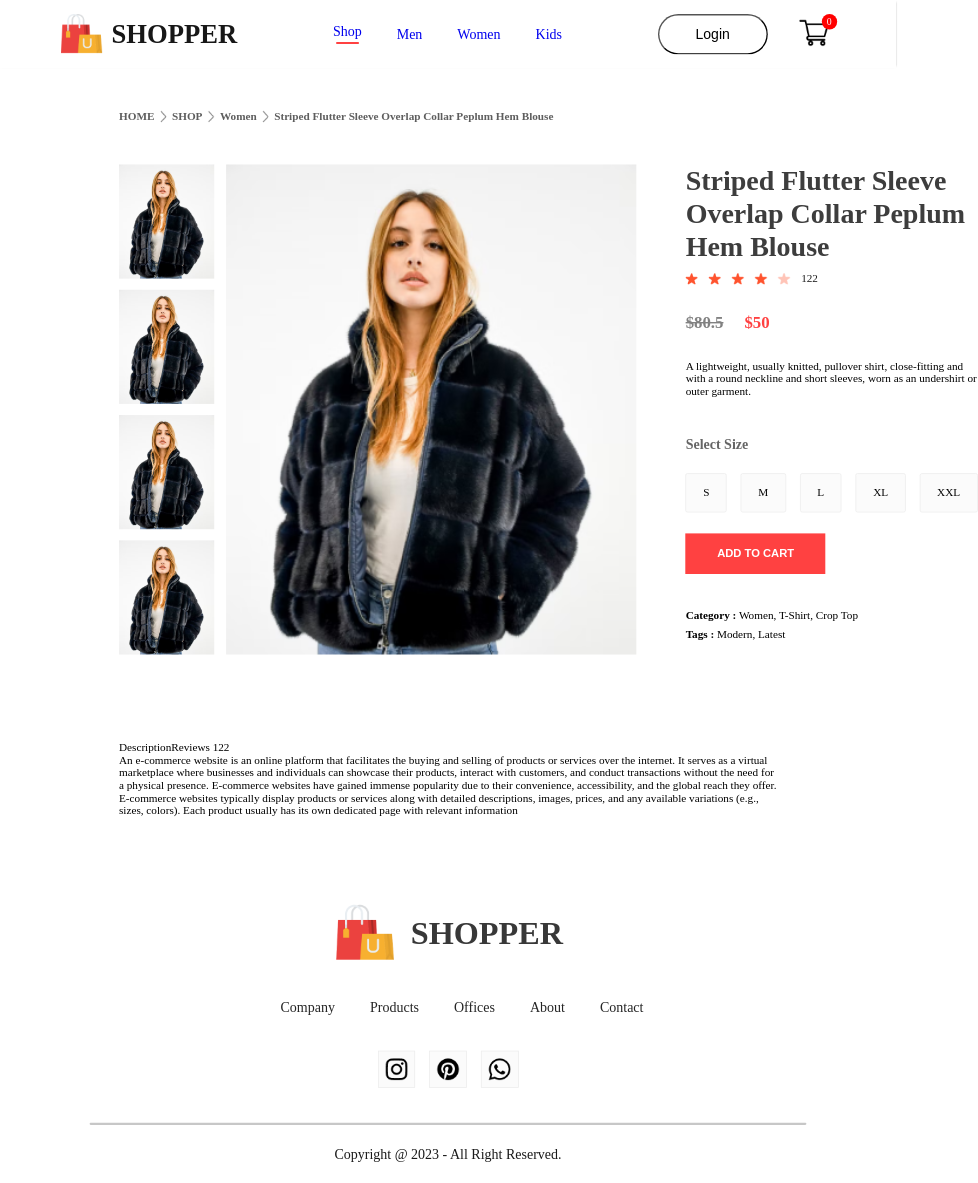
Repository: Nandhini653/SHOPPER-ECOM
Page: /product/1
An editor plug-in stored every save of this project. The page is shown before and after a run of saves, followed by the edit.
The browser window is 1280 px wide. The page is 1397 px wide, so the pictures cover 1397 px, including what lies to the right of the window. The pictures show the whole page, at 70% of full size.
The project was rebuilt for these pictures with package versions that can differ from the ones it lists, and the page was loaded fresh each time. Also part of the build but not shown: src/App.css, src/Pages/CSS/ShopCategory.css, src/Components/Item/Item.css, src/Components/Item/Item.jsx, src/Pages/ShopCategory.jsx, src/Pages/Cart.jsx, src/Pages/CSS/LoginSignup.css, src/Pages/LoginSignup.jsx and 13 more.

Above is the page before, as saved 2024-06-24 17:46:01.

After the next 15 saves:
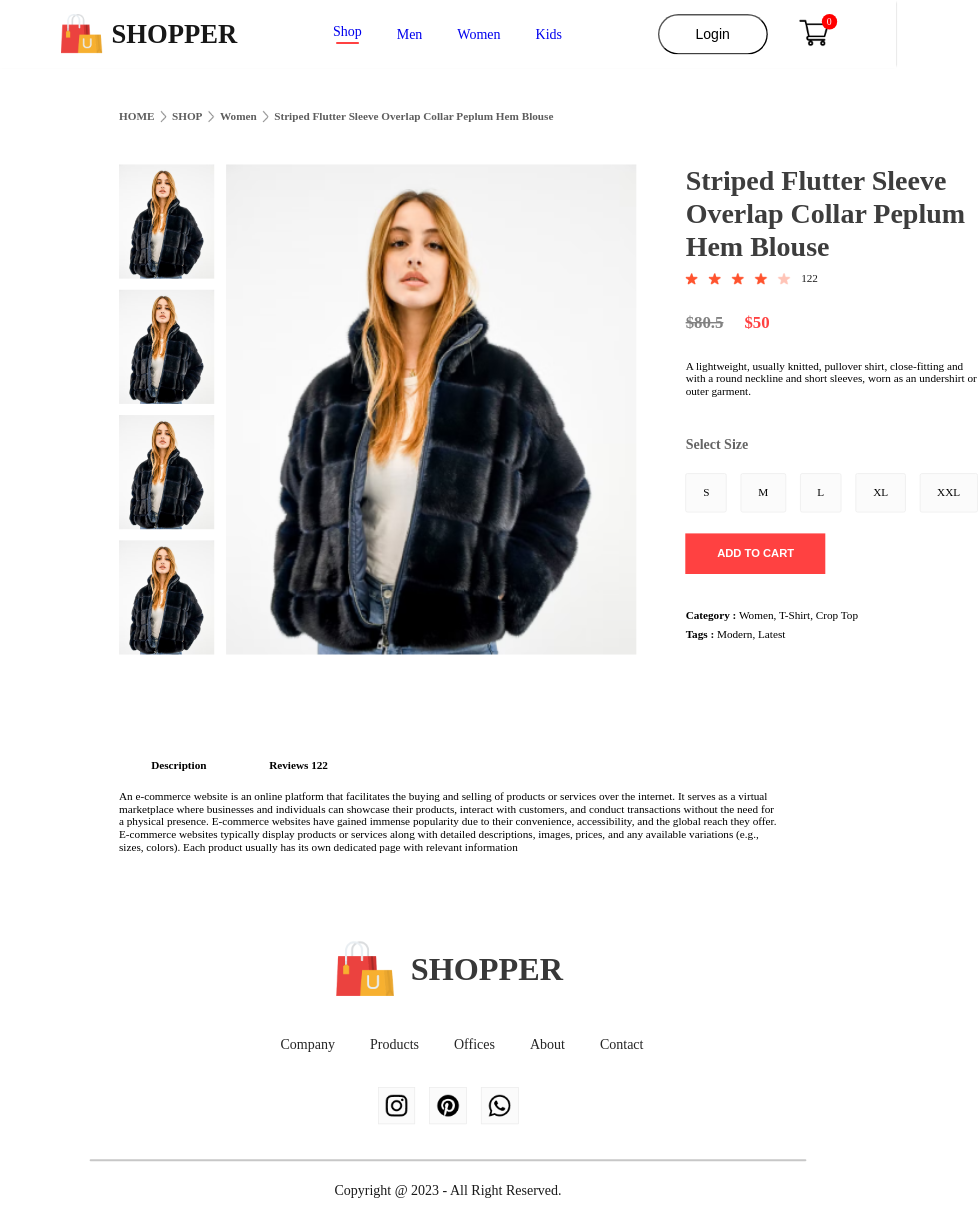
The 15 saves are shown as one change because they came seconds apart.
The last was saved 32 s later.
--- a/src/Components/DescriptionBox/DescriptionBox.css
+++ b/src/Components/DescriptionBox/DescriptionBox.css
@@ -10,5 +10,9 @@
     display: flex;
     align-items: center;
     justify-content: center;
-    fo
+    font-size: 16px;
+    font-weight: 600;
+    width: 171px;
+    height: 70px;
+    border: ;
 }
